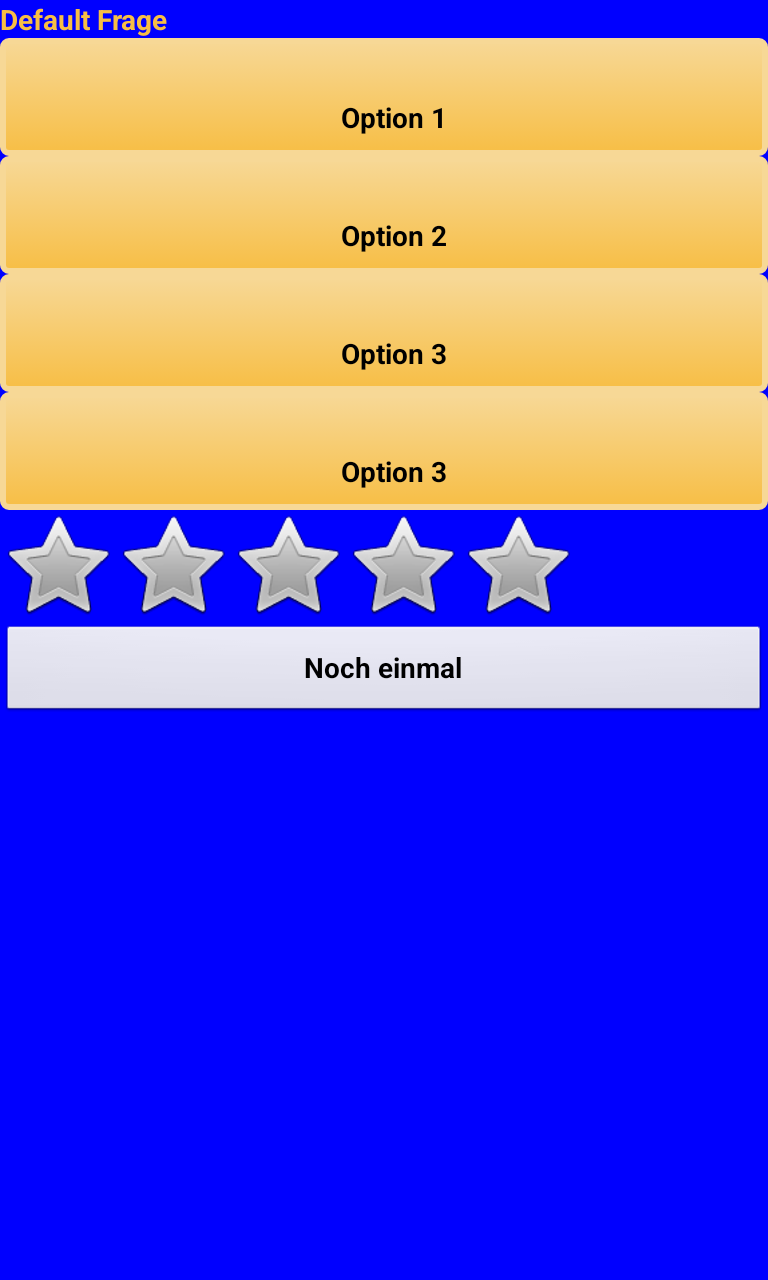
Repository: rueckemann/WWM
Layout: WWM/res/layout/main.xml
An editor plug-in stored every save of this project. The layout is shown before and after the next save, followed by the edit.
It is drawn on a 768 x 1280 px phone screen (xhdpi) without system bars, with theme WWM_Style; the app's code is not run.

Above is the layout before, as saved 2012-02-20 20:35:20.

### WWM/res/layout/main.xml
<?xml version="1.0" encoding="utf-8"?>

<LinearLayout xmlns:android="http://schemas.android.com/apk/res/android"
	    android:id="@+id/Layout1"
	    android:layout_width="fill_parent"
	    android:layout_height="fill_parent"
	    android:orientation="vertical" >


    <TextView
        android:id="@+id/tvQuestion"
        android:layout_width="fill_parent"
        android:layout_height="wrap_content"
        android:text="@string/frage" />

		<Button
            android:id="@+id/btOption1"
            android:layout_width="fill_parent"
            android:layout_height="wrap_content"
            android:background="@drawable/button_selector"
            android:text="@string/option1" />
    <Button
        android:id="@+id/btOption2"
        android:layout_width="fill_parent"
        android:layout_height="wrap_content"
        android:background="@drawable/button_selector"
        android:text="@string/option2"  />

    <Button
        android:id="@+id/btOption3"
        android:layout_width="fill_parent"
        android:layout_height="wrap_content"
        android:background="@drawable/button_selector"
        android:text="@string/option3" />


    <Button
        android:id="@+id/btOption4"
        android:layout_width="fill_parent"
        android:layout_height="wrap_content"
        android:background="@drawable/button_selector"
        android:text="@string/option4" />

 <RatingBar
        android:id="@+id/ratingBar1"
        android:layout_width="wrap_content"
        android:layout_height="wrap_content"
        android:stepSize="1"
        android:numStars="5" />

    <Button
        android:id="@+id/btRetry"
        android:layout_width="fill_parent"
        android:layout_height="wrap_content"
        android:text="@string/retry" />

</LinearLayout>

### WWM/res/values/styles.xml
<?xml version="1.0" encoding="utf-8"?>
<resources>

   <style name="WWM_Style" parent="android:Theme.Light">

	    <item name="android:textSize">14sp</item>
	    <item name="android:textColor">#F7BE45</item>
	    <item name="android:textStyle">bold</item>

        <item name="android:windowTitleBackgroundStyle">@color/titlebackgroundcolor</item>
        <item name="android:background">@color/blue</item>
    </style>

   <style name="WWM_TextAppearance" parent="@android:style/TextAppearance">
	  </style>
</resources>

### WWM/res/values/colors.xml
<?xml version="1.0" encoding="utf-8"?>
<resources>
     <color name="black">#000</color>
     <color name="blue">#00f</color>
     <color name="red">#f00</color>
     <color name="grey">#f00</color>
     <color name="yellow1">#F9E60E</color>
	   <color name="yellow2">#F9F89D</color>
	   <color name="orange4">#F7BE45</color>
	   <color name="orange5">#F7D896</color>
	   <color name="blue2">#19FCDA</color>
	   <color name="blue25">#D9F7F2</color>
	   <color name="grey05">#ACA899</color>
	   <color name="white1">#FFFFFF</color>
	   <color name="white2">#DDDDDD</color>

     <color name="titlebackgroundcolor">#3232CD</color>
     <color name="backgroundcolor">#3232CD</color>
     <color name="titletextcolor">#FFFF00</color>

</resources>

### WWM/res/values/strings.xml
<?xml version="1.0" encoding="utf-8"?>
<resources>

    <string name="app_name">Wer wird Millionär?</string>

    <string name="frage">Default Frage</string>
    <string name="stufe">Stufe 1</string>
    <string name="option1">Option 1</string>
    <string name="option2">Option 2</string>
    <string name="option3">Option 3</string>
    <string name="option4">Option 3</string>

    <string name="retry">Noch einmal</string>
</resources>

### WWM/res/drawable-hdpi/button_selector.xml
<?xml version="1.0" encoding="UTF-8"?>

<selector
    xmlns:android="http://schemas.android.com/apk/res/android">

    <item android:state_pressed="true" >
        <shape>
            <gradient
                android:startColor="@color/blue"
                android:endColor="@color/blue"
                android:angle="270" />
            <stroke
                android:width="3dp"
                android:color="@color/grey" />
            <corners
                android:radius="3dp" />
            <padding
                android:left="10dp"
                android:top="10dp"
                android:right="10dp"
                android:bottom="10dp" />
        </shape>
    </item>

    <item android:state_focused="true" >
        <shape>
            <gradient
                android:endColor="@color/orange4"
                android:startColor="@color/orange5"
                android:angle="270" />
            <stroke
                android:width="3dp"
                android:color="@color/grey05" />
            <corners
                android:radius="3dp" />
            <padding
                android:left="10dp"
                android:top="10dp"
                android:right="10dp"
                android:bottom="10dp" />
        </shape>
    </item>

    <item>
        <shape>
            <gradient
                android:endColor="@color/orange4"
                android:startColor="@color/orange5"
                android:angle="270" />
            <stroke
                android:width="3dp"
                android:color="@color/orange5" />
            <corners
                android:radius="3dp" />
            <padding
                android:left="20dp"
                android:top="30dp"
                android:right="10dp"
                android:bottom="10dp" />
        </shape>
    </item>
</selector>

After the next save:
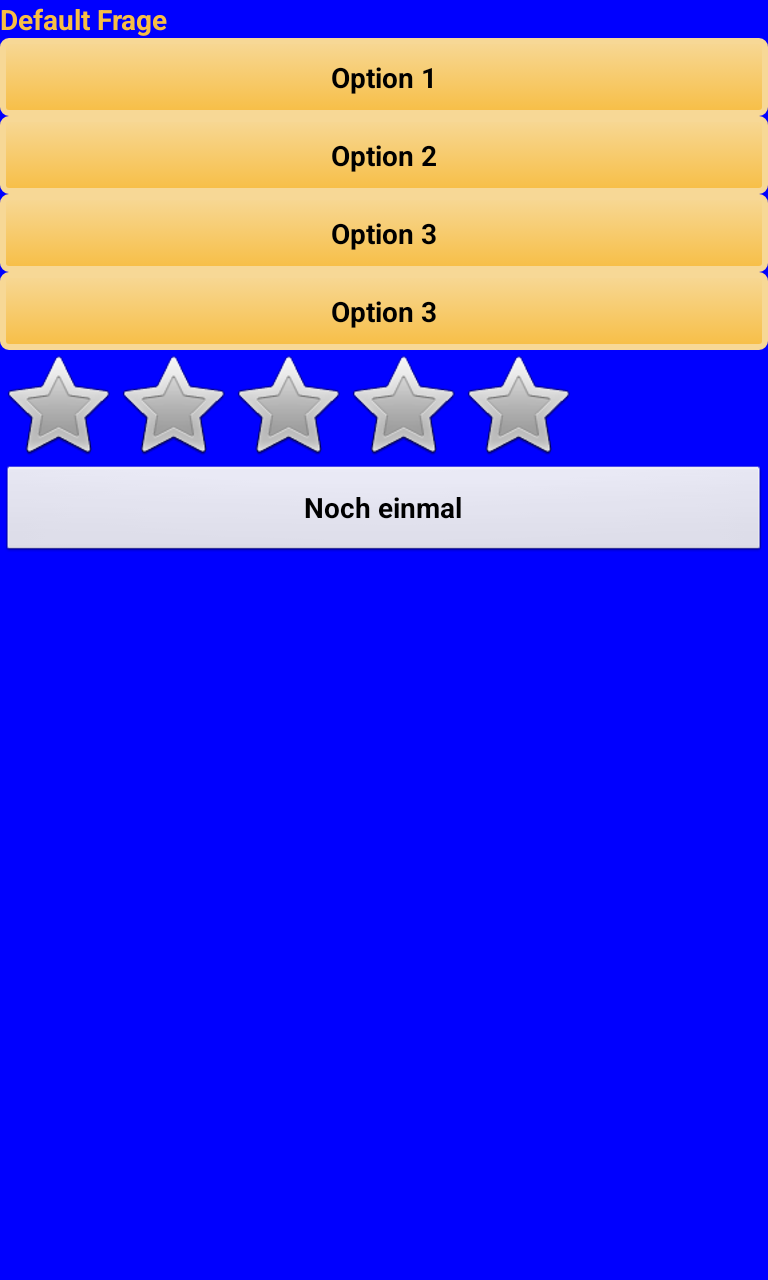
Saved 20 s later.
--- a/WWM/res/drawable-hdpi/button_selector.xml
+++ b/WWM/res/drawable-hdpi/button_selector.xml
@@ -53,8 +53,8 @@
             <corners
                 android:radius="3dp" />
             <padding
-                android:left="20dp"
-                android:top="30dp"
+                android:left="10dp"
+                android:top="10dp"
                 android:right="10dp"
                 android:bottom="10dp" />
         </shape>
